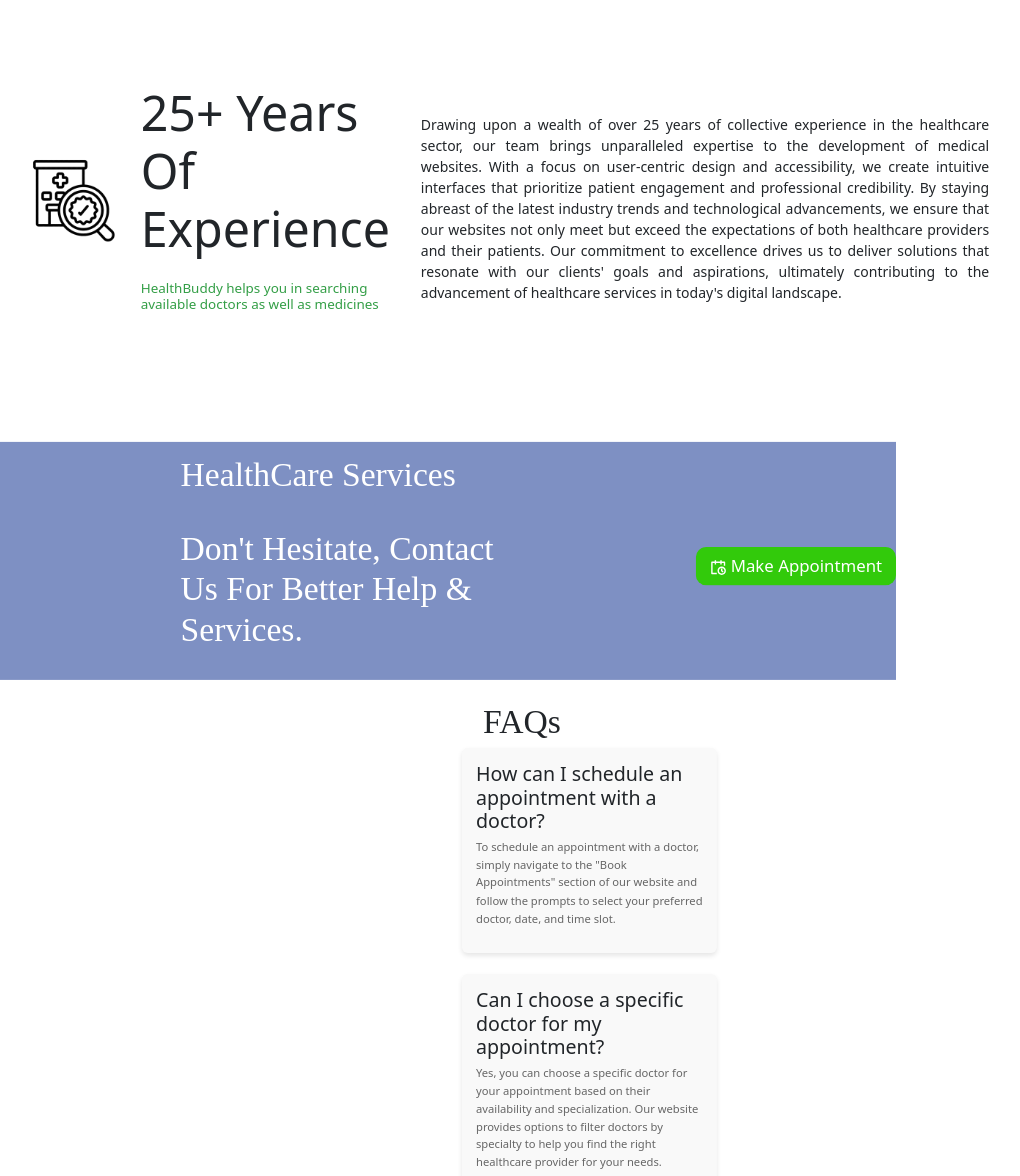
Repository: WajihaGul/MedicalApp-Frontend
Page: /
An editor plug-in stored every save of this project. The page is shown before and after the next save, followed by the edit.
The browser window is 1280 px wide. The page is 1457 px wide, so the pictures cover 1457 px, including what lies to the right of the window. The pictures show the part of the page from y = 1396 to 3076 px (the page is 4730 px tall), at 70% of full size.
The project was rebuilt for these pictures with package versions that can differ from the ones it lists, and the page was loaded fresh each time. Also part of the build but not shown: vite.config.js, src/index.css, src/App.css.

Above is the page before, as saved 2024-05-08 23:43:18.

After the next save:
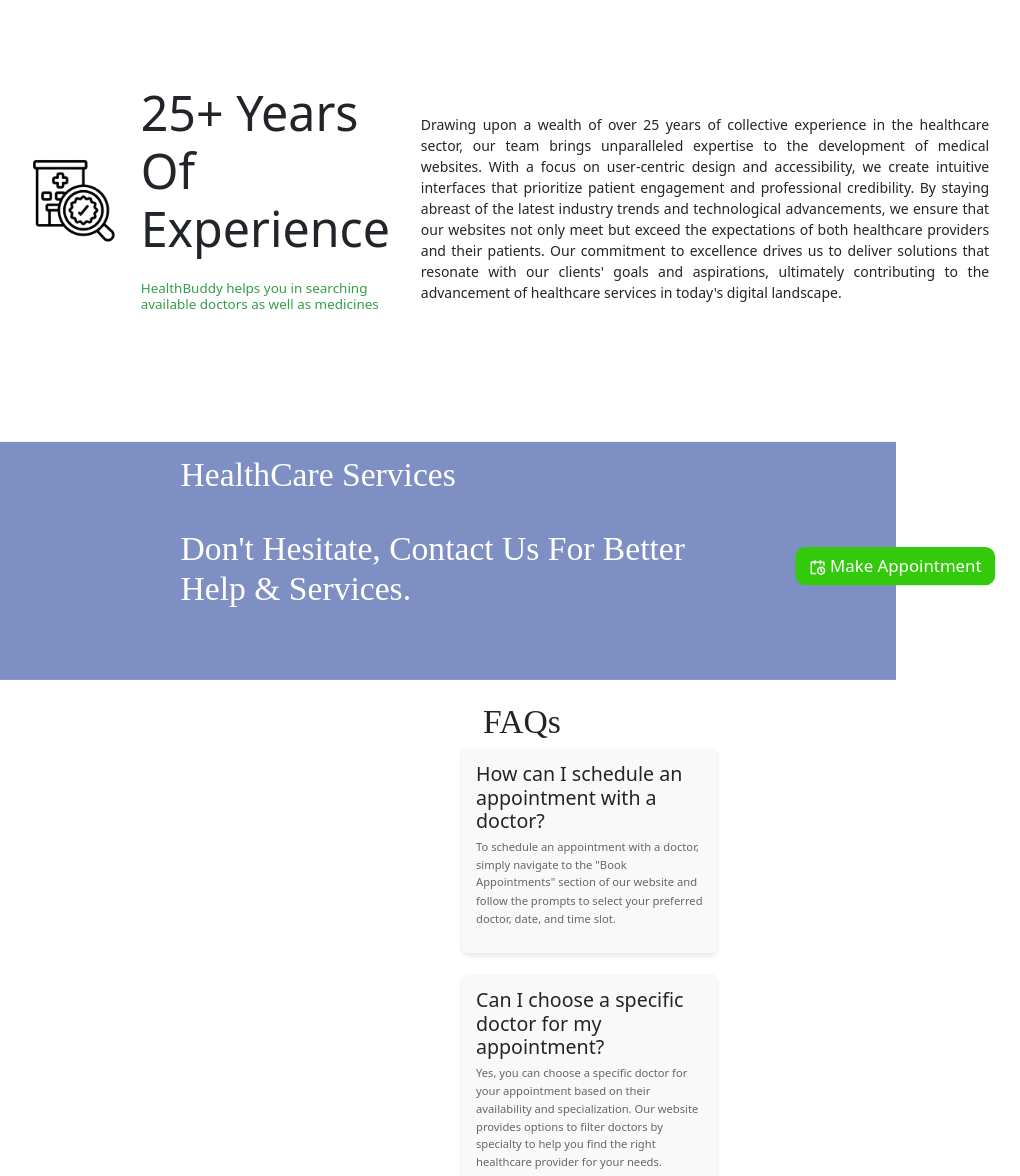
Saved 36 s later.
--- a/src/Components/MakeAppointment/MakeAppointment.module.css
+++ b/src/Components/MakeAppointment/MakeAppointment.module.css
@@ -7,7 +7,7 @@
     font-family: cursive;
     margin-left: 290px;
     padding-top: 18px;
-
+    width: 800px;
     font-size: xxx-large;
     margin-right: 290px;
     padding-bottom: 18px;
@@ -18,7 +18,7 @@
     font-family: cursive;
     margin-left: 290px;
     font-size: xxx-large;
-
+    width: 800px;
     margin-bottom: 30px;
     margin-right: 290px;
 }
@@ -32,6 +32,7 @@
     margin-left: 70px;
     margin-right: -32px;
     margin-left: -32px;
+    width: 1200px;
 }
 
 .ButtonHere{

After the save that followed:
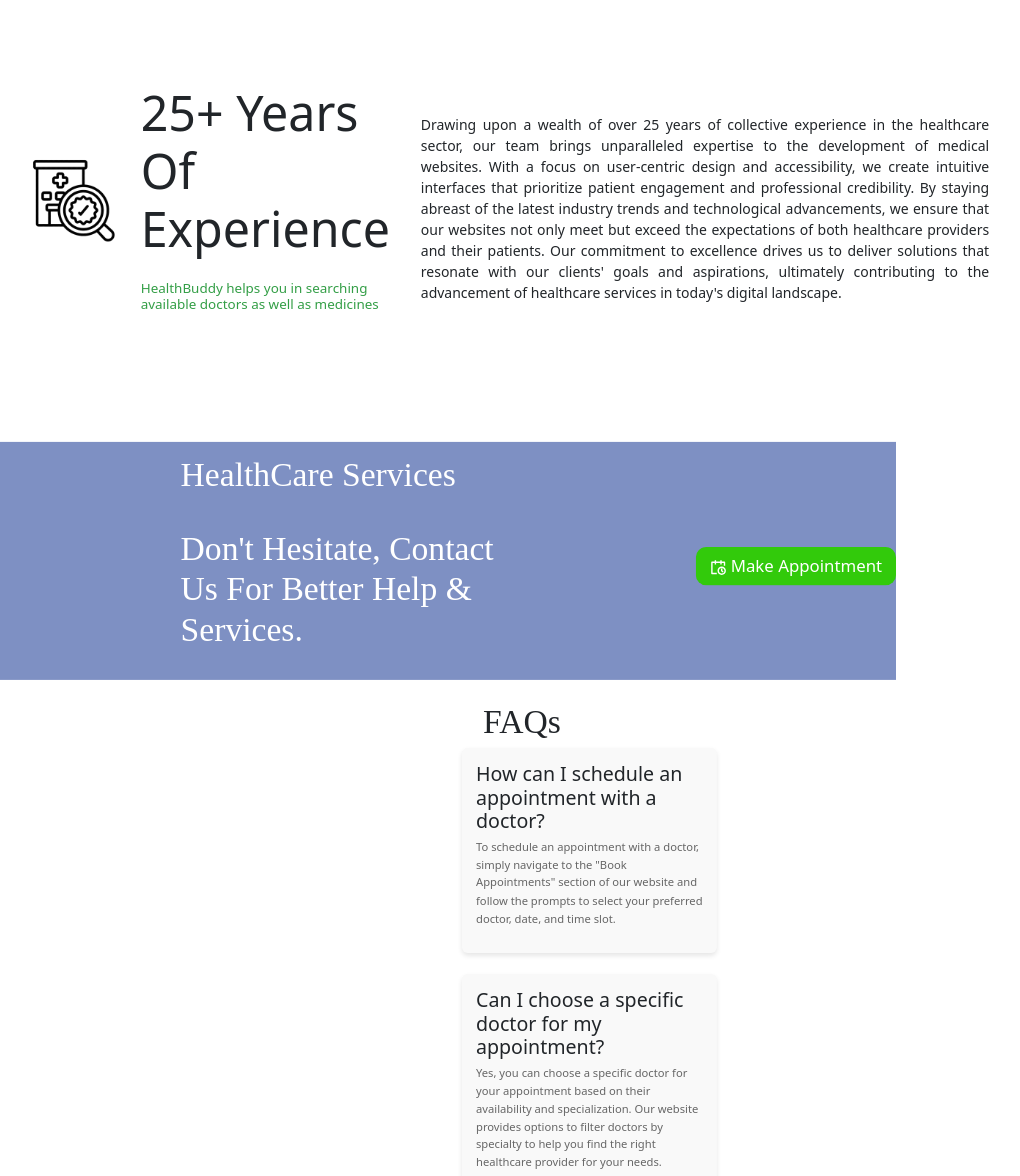
Saved 2 min 2 s later.
--- a/src/Components/MakeAppointment/MakeAppointment.module.css
+++ b/src/Components/MakeAppointment/MakeAppointment.module.css
@@ -7,7 +7,7 @@
     font-family: cursive;
     margin-left: 290px;
     padding-top: 18px;
-    width: 800px;
+    /* width: 800px; */
     font-size: xxx-large;
     margin-right: 290px;
     padding-bottom: 18px;
@@ -18,7 +18,7 @@
     font-family: cursive;
     margin-left: 290px;
     font-size: xxx-large;
-    width: 800px;
+    /* width: 800px; */
     margin-bottom: 30px;
     margin-right: 290px;
 }
